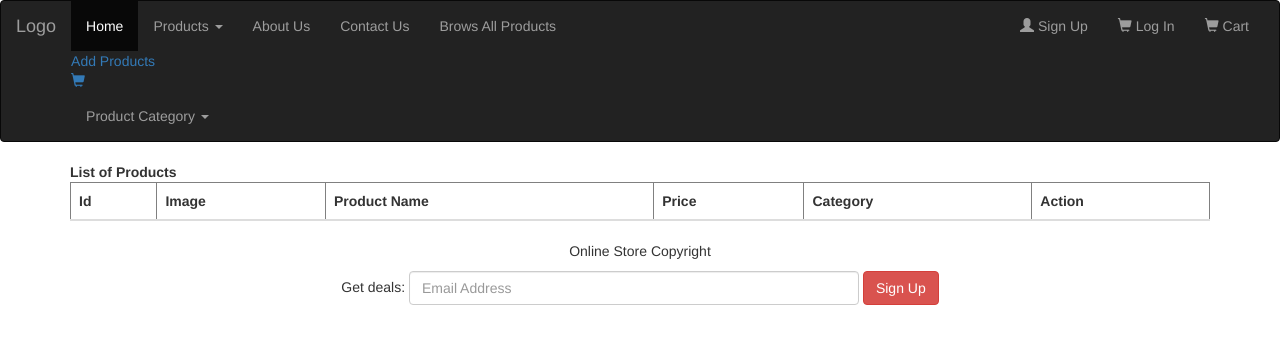
Repository: Binny16/-My-project
Page: http://localhost/online_shopping/WEB-INF/view/Listofproducts.jsp
The author's editor kept a copy of each file at every save. The page is drawn from the files as they stood at one save, then again after the next save.
The browser window is 1280 px wide. The pictures show the whole page.
The page is served by Tomcat 9. Nobody is signed in. Other server files are loaded and not shown. The template is opened directly, without the code that normally fills it, so the values that code supplies are empty.

Above is the page before, as saved 2018-09-17 06:01:56.
Console error: TypeError: $(...).DataTable is not a function

### 18-9-2018/binny/online_shopping/src/main/webapp/WEB-INF/view/Listofproducts.jsp

<%@ page language="java" contentType="text/html; charset=ISO-8859-1"
	pageEncoding="ISO-8859-1"%>
<%@ include file="Header.jsp"%>
<!DOCTYPE html PUBLIC "-//W3C//DTD HTML 4.01 Transitional//EN" "http://www.w3.org/TR/html4/loose.dtd">
<html>
<head>
<meta http-equiv="Content-Type" content="text/html; charset=ISO-8859-1">
<title>list Of all products</title>
<script type="text/javascript">
$(document).ready(function(){
	var searchCondition='${searchCondition}'
	$('.table').DataTable({
		"lengthMenu":[[5,7,-1],[5,7,"All"]],
	    "oSearch" : {
		"sSearch" : searchCondition
		}
	})
})
</script>
</head>
<body>

	<div class="container">
		<b>List of Products</b>
		<table class="table table-striped" border="1">
			<thead>
				<tr>
					<th>Id</th>
					<th>Image</th>
					<th>Product Name</th>
					<th>Price</th>
					<th>Category</th>
					<th>Action</th>
				</tr>
			</thead>
			<tbody>
				<!-- For each object in the list, tr has to be repeated -->
				<!--  items refers to the collection of objects -->
				<!-- var is local variable ,takes objects one by one from the collection -->
				<c:forEach var="p" items="${productsList }">
					<tr >
						<td><a
							href="<c:url value='/all/getproduct/${p.id }'></c:url>">${p.id }</a></td>
							<td><img src="<c:url value="/resources/images/${p.id }.jpg"></c:url>"  width="50" height="50"></td></img>
						<td><a
							href="<c:url value='/all/getproduct/${p.id }'></c:url>">${p.productname }</a></td>
						<td>${p.price }</td>
						<td>${p.category.category_name }</td>
						<td>

						  <a href="<c:url value='/all/getproduct/${p.id }'></c:url>">
							<span
								class="glyphicon glyphicon-info-sign"></span></a>

								<security:authorize access="hasRole('ROLE_ADMIN')">
								<a href="<c:url value='/admin/deleteproduct/${p.id }'></c:url>"><span
								class="glyphicon glyphicon-trash"></span></a>

								<a href="<c:url value='/admin/getupdateform/${p.id }'></c:url>"><span
								class="glyphicon glyphicon-pencil"></span></a></td>
								 </security:authorize>


					</tr>
				</c:forEach>
			</tbody>
		</table>

	</div>
	<%@ include file="Footer.jsp"%>

</body>
</html>

### 18-9-2018/binny/online_shopping/src/main/webapp/WEB-INF/view/Header.jsp
<%@ page language="java" contentType="text/html; charset=ISO-8859-1"
    pageEncoding="ISO-8859-1"%>
<%@taglib prefix="c" uri="http://java.sun.com/jsp/jstl/core" %>
<!DOCTYPE html>
<html>
<head>
	<title>Online Shopping</title>

	<meta charset="utf-8">
  <meta name="viewport" content="width=device-width, initial-scale=1">
  <link rel="stylesheet" href="https://maxcdn.bootstrapcdn.com/bootstrap/3.3.7/css/bootstrap.min.css">
  <script src="https://ajax.googleapis.com/ajax/libs/jquery/3.3.1/jquery.min.js"></script>
  <script src="https://maxcdn.bootstrapcdn.com/bootstrap/3.3.7/js/bootstrap.min.js"></script>
</head>
<body>





<nav class="navbar navbar-inverse">
  <div class="container-fluid">
    <div class="navbar-header">
      <button type="button" class="navbar-toggle" data-toggle="collapse" data-target="#myNavbar">
        <span class="icon-bar"></span>
        <span class="icon-bar"></span>
        <span class="icon-bar"></span>
      </button>
      <a class="navbar-brand" href="#">Logo</a>
    </div>
    <div class="collapse navbar-collapse" id="myNavbar">
      <ul class="nav navbar-nav">
        <li class="active"><a href="${pageContext.request.contextPath}/">Home</a></li>
                <li class="dropdown">
        <a class="dropdown-toggle" data-toggle="dropdown" href="#">Products
        <span class="caret"></span></a>
        <ul class="dropdown-menu">
          <li><a href="${pageContext.request.contextPath}/wedding_wear">Wedding Wears</a></li>
          <li><a href="${pageContext.request.contextPath}/rings">Rings</a></li>
          <li><a href="${pageContext.request.contextPath}/earrings">Earrings</a></li>
          <li><a href="${pageContext.request.contextPath}/bangels">Bangels</a></li>
          <li><a href="${pageContext.request.contextPath}/necklace">Necklace</a></li>
        </ul>
      </li>

        <li><a href="${pageContext.request.contextPath}/aboutus">About Us</a></li>
        <li><a href="${pageContext.request.contextPath}/contact">Contact Us</a></li>
         <li><a href="${pageContext.request.contextPath}/all/getallproducts">Brows All Products</a></li>


          <security:authorize access="hasRole('ROLE_ADMIN')">
         <li><a href="${pageContext.request.contextPath}/admin/getproductform">Add Products</a></li>
         </security:authorize>

         <security:authorize access="hasRole('ROLE_USER')">
			   <li><a href="#"><span class="glyphicon glyphicon-shopping-cart"></span></a></li>
			   </security:authorize>





        <li class="dropdown">
        <a class="dropdown-toggle" data-toggle="dropdown" href="#">Product Category
        <span class="caret"></span></a>
        <ul class="dropdown-menu">
          <li><a href="${pageContext.request.contextPath}/Category">Add Category</a></li>
          <li><a href="${pageContext.request.contextPath}/Category">View Category</a></li>

        </ul>
      </li>
      </ul>
      <ul class="nav navbar-nav navbar-right">

         <c:if test="${pageContext.request.userPrincipal.name==null }">
        <li><a href="${pageContext.request.contextPath}/all/registrationform"><span class="glyphicon glyphicon-user"></span> Sign Up</a></li>
        <li><a href="${pageContext.request.contextPath}/login"><span class="glyphicon glyphicon-shopping-cart"></span> Log In</a></li>
        </c:if>

        <c:if test="${pageContext.request.userPrincipal.name!=null }">
				<li><a href="#">Welcome ${pageContext.request.userPrincipal.name }</a></li>
				<li><a href="<c:url value='/j_spring_security_logout'></c:url>">Log out</a></li>
			    </c:if>

        <li><a href="#"><span class="glyphicon glyphicon-shopping-cart"></span> Cart</a></li>
      </ul>
    </div>
  </div>
</nav>


</body>
</html>

### 18-9-2018/binny/online_shopping/src/main/webapp/WEB-INF/view/Footer.jsp
<%@ page language="java" contentType="text/html; charset=ISO-8859-1"
    pageEncoding="ISO-8859-1"%>
<!DOCTYPE html>
<html>
<head>
  <title>Online Shopping</title>

  <meta charset="utf-8">
  <meta name="viewport" content="width=device-width, initial-scale=1">
  <link rel="stylesheet" href="https://maxcdn.bootstrapcdn.com/bootstrap/3.3.7/css/bootstrap.min.css">
  <script src="https://ajax.googleapis.com/ajax/libs/jquery/3.3.1/jquery.min.js"></script>
  <script src="https://maxcdn.bootstrapcdn.com/bootstrap/3.3.7/js/bootstrap.min.js"></script>
</head>
<body>



<footer class="container-fluid text-center">
  <p>Online Store Copyright</p>
  <form class="form-inline">Get deals:
    <input type="email" class="form-control" size="50" placeholder="Email Address">
    <button type="button" class="btn btn-danger">Sign Up</button>
  </form>
</footer>

</body>
</html>

After the next save:
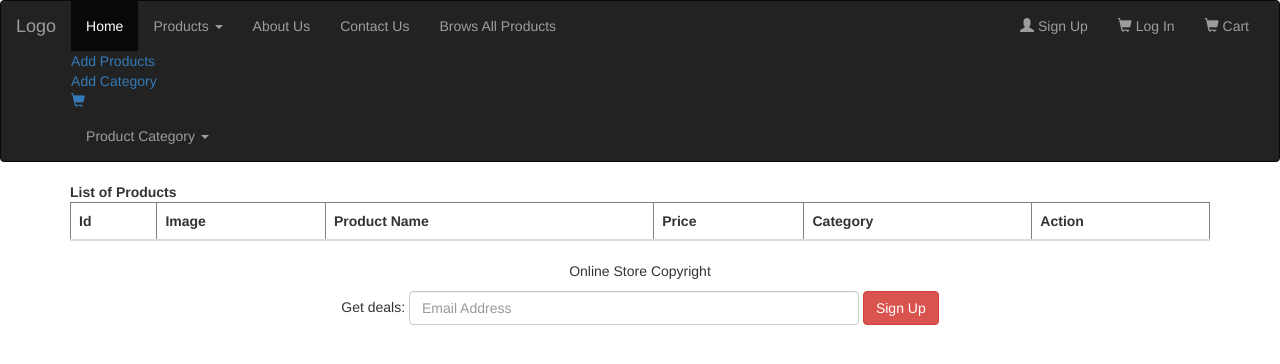
Saved 30 min 28 s later.
--- a/18-9-2018/binny/online_shopping/src/main/webapp/WEB-INF/view/Header.jsp
+++ b/18-9-2018/binny/online_shopping/src/main/webapp/WEB-INF/view/Header.jsp
@@ -50,6 +50,7 @@
 
           <security:authorize access="hasRole('ROLE_ADMIN')">
          <li><a href="${pageContext.request.contextPath}/admin/getproductform">Add Products</a></li>
+          <li><a href="${pageContext.request.contextPath}/Category">Add Category</a></li>
          </security:authorize>
 
          <security:authorize access="hasRole('ROLE_USER')">
@@ -64,7 +65,7 @@
         <a class="dropdown-toggle" data-toggle="dropdown" href="#">Product Category
         <span class="caret"></span></a>
         <ul class="dropdown-menu">
-          <li><a href="${pageContext.request.contextPath}/Category">Add Category</a></li>
+
           <li><a href="${pageContext.request.contextPath}/Category">View Category</a></li>
 
         </ul>
